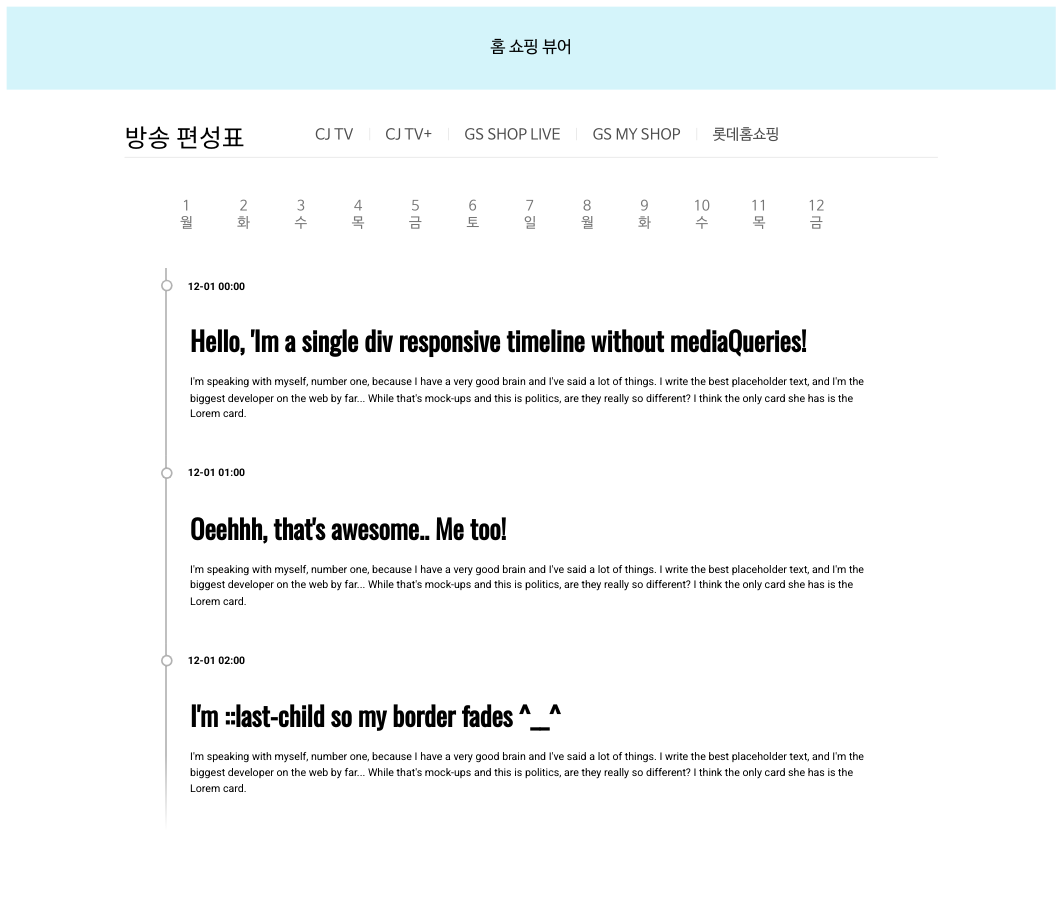
Repository: Kds010/HomeShopping
Page: http://localhost/index
These files come from the project's save history. The page is drawn as it stood at one moment and after the next save; the edit follows.
The browser window is 1280 px wide. The pictures show the whole page, at 83% of full size.
The page is this project's Thymeleaf template; nobody is signed in. The template is opened directly, without the code that normally fills it, so the values that code supplies are empty.

Above is the page before, as saved 2021-12-18 10:14:10.

### homeshopping/src/main/resources/templates/index.html
<!DOCTYPE html>
<html xmlns:th="http://www.thymeleaf.org">
<head>
<meta charset="UTF-8">
<title>SC쇼핑바라기</title>
</head>
<body>
<div id="wrap">
	<th:block th:replace="header.html"></th:block>
	<div id="container">
		<div class="content">
			<div class="fiexd_wrap">
				<div class="fixed_wrap_div">
					<h2 class="fiexd_wrap_tit">방송 편성표</h2>
					<ul class="ch_list_tab" id="ch_list_tab">
						<li class="">CJ TV</li>
						<li class="">CJ TV+</li>
						<li class="">GS SHOP LIVE</li>
						<li class="">GS MY SHOP</li>
						<li class="">롯데홈쇼핑</li>
					</ul>
				</div>
				<ul class="list_date" id="scheduleDate">
					<li data-dt="20211201">
						<a href="javascript:;" class="date_cont">
							<span class="num_date">1</span>
							<span class="txt_date">월</span></a></li>
					<li data-dt="20211202">
						<a href="javascript:;" class="date_cont">
							<span class="num_date">2</span>
							<span class="txt_date">화</span></a></li>
					<li data-dt="20211203">
						<a href="javascript:;" class="date_cont">
							<span class="num_date">3</span>
							<span class="txt_date">수</span></a></li>
					<li data-dt="20211204">
						<a href="javascript:;" class="date_cont">
							<span class="num_date">4</span>
							<span class="txt_date">목</span></a></li>
					<li data-dt="20211205">
						<a href="javascript:;" class="date_cont">
							<span class="num_date">5</span>
							<span class="txt_date">금</span></a></li>
					<li data-dt="20211206">
						<a href="javascript:;" class="date_cont">
							<span class="num_date">6</span>
							<span class="txt_date">토</span></a></li>
					<li data-dt="20211207">
						<a href="javascript:;" class="date_cont">
							<span class="num_date">7</span>
							<span class="txt_date">일</span></a></li>
					<li data-dt="20211208">
						<a href="javascript:;" class="date_cont">
							<span class="num_date">8</span>
							<span class="txt_date">월</span></a></li>
					<li data-dt="20211209">
						<a href="javascript:;" class="date_cont">
							<span class="num_date">9</span>
							<span class="txt_date">화</span></a></li>
					<li data-dt="20211210">
						<a href="javascript:;" class="date_cont">
							<span class="num_date">10</span>
							<span class="txt_date">수</span></a></li>
					<li data-dt="20211211">
						<a href="javascript:;" class="date_cont">
							<span class="num_date">11</span>
							<span class="txt_date">목</span></a></li>
					<li data-dt="20211212">
						<a href="javascript:;" class="date_cont">
							<span class="num_date">12</span>
							<span class="txt_date">금</span></a></li>
				</ul>
			</div>

		<div class="container2">

			<div class="timeline-item" date-is='12-01 00:00'>
				<h1>Hello, 'Im a single div responsive timeline without mediaQueries!</h1>
				<p>
					I'm speaking with myself, number one, because I have a very good brain and I've said a lot of things. I write the best placeholder text, and I'm the biggest developer on the web by far... While that's mock-ups and this is politics, are they really so different? I think the only card she has is the Lorem card.
				</p>
			</div>

			<div class="timeline-item" date-is='12-01 01:00'>
				<h1>Oeehhh, that's awesome.. Me too!</h1>
				<p>
					I'm speaking with myself, number one, because I have a very good brain and I've said a lot of things. I write the best placeholder text, and I'm the biggest developer on the web by far... While that's mock-ups and this is politics, are they really so different? I think the only card she has is the Lorem card.
				</p>
			</div>

			<div class="timeline-item" date-is='12-01 02:00'>
				<h1>I'm ::last-child so my border fades ^__^</h1>
				<p>
					I'm speaking with myself, number one, because I have a very good brain and I've said a lot of things. I write the best placeholder text, and I'm the biggest developer on the web by far... While that's mock-ups and this is politics, are they really so different? I think the only card she has is the Lorem card.
				</p>
			</div>

		</div>

		</div>
	</div>
</div>
</body>
</html>

### homeshopping/src/main/resources/templates/header.html
<!DOCTYPE html>
<html>
<head>
<meta charset="UTF-8">
<link rel="stylesheet" type="text/css" href="/css/main.css">
<link rel="stylesheet" type="text/css" href="/css/font.css">
<script src="/js/jquery-3.6.0.js" defer></script>
<script src="/js/index.js" defer></script>
</head>
<body>
<div class="header">
	<div class="header-content">
		홈 쇼핑 뷰어
	</div>
</div>
</body>
</html>

### homeshopping/src/main/resources/static/css/main.css
@charset "UTF-8";

/* // ----------------  THE BASICS */

@import url('https://fonts.googleapis.com/css?family=Oswald|Roboto:400,700');

/* // ----------------  THE FONTS */

h1, h2, h3, h4, h5, h6 {
	font-family: 'Oswald', sans-serif;
}

h1 {
	font-size: 2rem;
	margin-bottom: .5em;
}

p {
	font-family: 'Roboto', sans-serif;
	font-size: .8rem;
}


body{
	font-family: 'NanumBarunGothic', sans-serif;
    /* font-size: 12px; */
    font-size: 14px;
    line-height: 1.5;
}


div{
	display:block;
}

li, ol, ul{
	list-style: none;
}

li{
	display: list-item;
    text-align: -webkit-match-parent;
}

ul{
	list-style-type: disc;
}

a{
	color: inherit;
    text-decoration: none;
}

/* h1, h2, h3, h4, h5, h6{
	display: block;
    font-size: 1.5em;
    margin-block-start: 0.83em;
    margin-block-end: 0.83em;
    margin-inline-start: 0px;
    margin-inline-end: 0px;
    font-weight: bold;
} */

#wrap{
	min-width: 1240px;
}

.header {
	display: flex;
	background: #D4F4FA;
	width: 100%;
	height: 100px;
	font-size:20px;
	text-align: center;
}

.header-content{
    width: 1180px;
    margin: auto;
}

#container{
	position: relative;
    width: 1180px;
    min-height: 802px;
    margin: 0 auto;
    padding-bottom: 80px;
    zoom: 1;
}

.content{
	width:980px;
	margin:0 auto;
}

.fiexd_wrap{
	width:980px;
	margin-top: 30px;
}

.fixed_wrap_div{
	overflow: hidden;
	margin-bottom: 10px;
	border-bottom: 1px solid #e5e5e5;
}


.fiexd_wrap_tit{
	float: left;
    margin-top: 3px;
    margin-bottom: 3px;
    font-weight: 400;
    font-size: 30px;
    line-height: 1.5;
}

.ch_list_tab{
	overflow: hidden;
    float: left;
    margin: 12px 0 0 6px;
}

.ch_list_tab li{
	position: relative;
    float: left;
    margin-left: 39px;
    font-size: 18px;
    color: #4d4d4d;
    text-decoration: none;
}

.ch_list_tab li:nth-child(1):after {
    content: normal;
}

.ch_list_tab li:after {
	position: absolute;
    top: 4px;
    left: -20px;
    width: 1px;
    height: 15px;
    background-color: #e6e6e6;
    content: '';
}

.list_date {
	display: inline-block;
}

.list_date li{
	vertical-align: top;
	float: left;
    padding: 10px 3px;
    color: #767676;
    text-align: center;
    margin:0;
}

.list_date .date_cont{
	display: block;
    width: 31px;
    padding: 14px 16px 10px;
    font-size: 17px;
    line-height: 21px;
    text-decoration: none;
}

.list_date .num_date{
	display: block;
    height: 20px;
}

.list_date .txt_date{
	display: block;
    line-height: 24px;
}



/* // ----------------  LAYOUT */

.container2 {
	max-width: 1024px;
	width: 90%;
	margin: 0 auto;
}

/* // ----------------  THE FONTS */

/* $border-color: rgba(black, .3); */

.timeline-item {
	padding: 3em 2em 2em;
	position: relative;
	color: rgba(black, .7);
	/* border-left: 2px solid $border-color; */
	border-left: 2px solid rgba(0, 0, 0, 0.3);
}
.timeline-item::before {
		content: attr(date-is);
		position: absolute;
		left: 2em;
		font-weight: bold;
		top: 1em;
		display: block;
		font-family: 'Roboto', sans-serif;
		font-weight: 700;
		font-size: .785rem;
	}

.timeline-item::after {
		width: 10px;
		height: 10px;
		display: block;
		top: 1em;
		position: absolute;
		left: -7px;
		border-radius: 10px;
		content: "";
		/* border: 2px solid $border-color; */
		border: 2px solid rgba(0, 0, 0, 0.3);
		background: white;
	}

.timeline-item:last-child {
			border-image: linear-gradient(to bottom, rgba(0, 0, 0, 0.3) 60%, rgba(0, 0, 0, 0)) 1 100%;
		;
	}
}

.timeline-item	p {
		font-size: 1rem;
}

### homeshopping/src/main/resources/static/css/font.css
@charset "UTF-8";
@font-face {
    font-family: 'NanumBarunGothic';
    src:url('/fonts/NanumBarunGothic.ttf') format('woff'),
        url('/fonts/NanumBarunGothic.ttf') format('woff2');
    font-weight: 400;
}

Loaded but not shown: homeshopping/src/main/resources/static/js/jquery-3.6.0.js (library); homeshopping/src/main/resources/static/js/index.js (no copy from this time; the picture is the same without it)

After the next save:
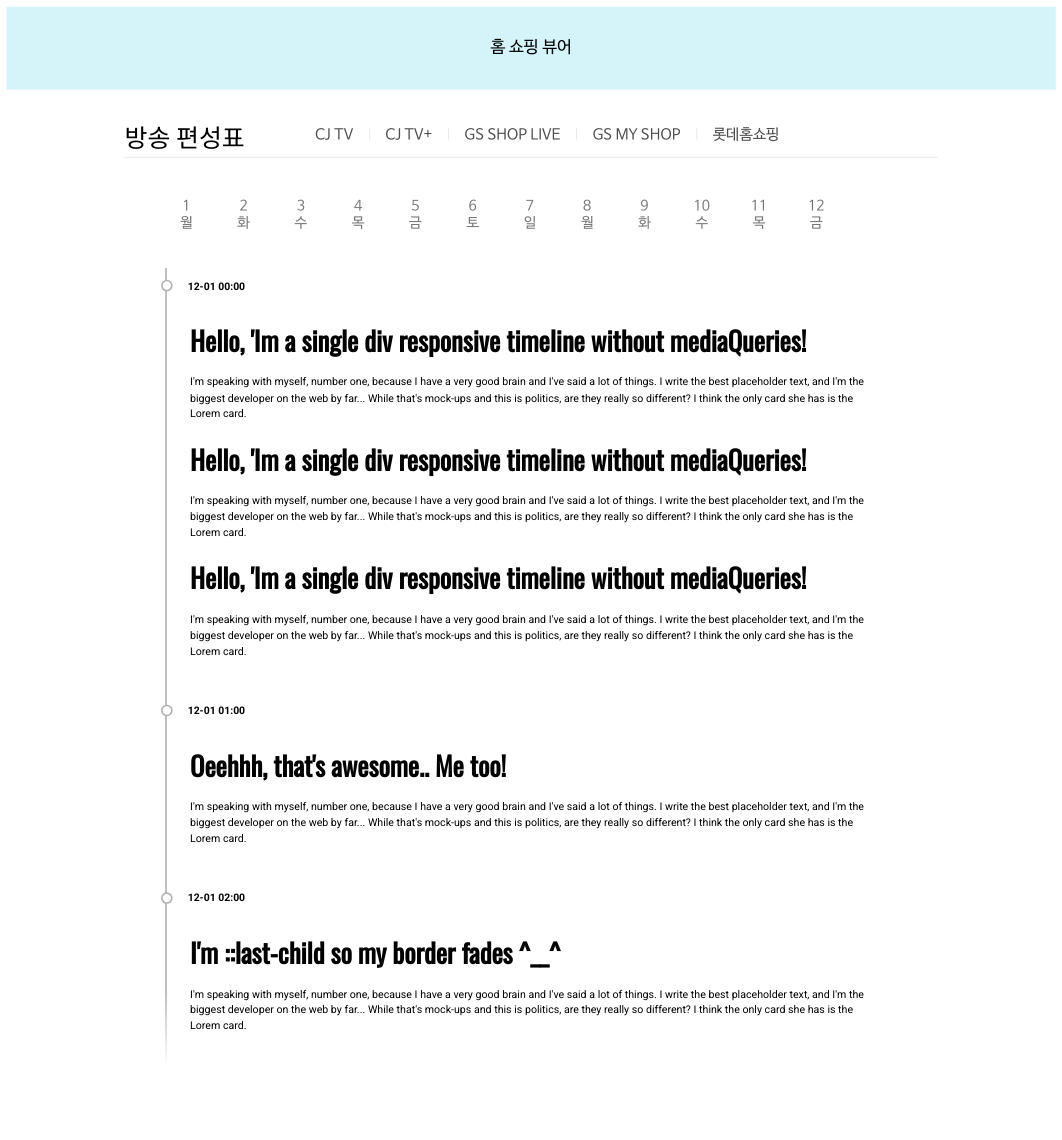
Saved 8 s later.
--- a/homeshopping/src/main/resources/templates/index.html
+++ b/homeshopping/src/main/resources/templates/index.html
@@ -79,6 +79,14 @@
 				<p>
 					I'm speaking with myself, number one, because I have a very good brain and I've said a lot of things. I write the best placeholder text, and I'm the biggest developer on the web by far... While that's mock-ups and this is politics, are they really so different? I think the only card she has is the Lorem card.
 				</p>
+				<h1>Hello, 'Im a single div responsive timeline without mediaQueries!</h1>
+				<p>
+					I'm speaking with myself, number one, because I have a very good brain and I've said a lot of things. I write the best placeholder text, and I'm the biggest developer on the web by far... While that's mock-ups and this is politics, are they really so different? I think the only card she has is the Lorem card.
+				</p>
+				<h1>Hello, 'Im a single div responsive timeline without mediaQueries!</h1>
+				<p>
+					I'm speaking with myself, number one, because I have a very good brain and I've said a lot of things. I write the best placeholder text, and I'm the biggest developer on the web by far... While that's mock-ups and this is politics, are they really so different? I think the only card she has is the Lorem card.
+				</p>
 			</div>
 
 			<div class="timeline-item" date-is='12-01 01:00'>
